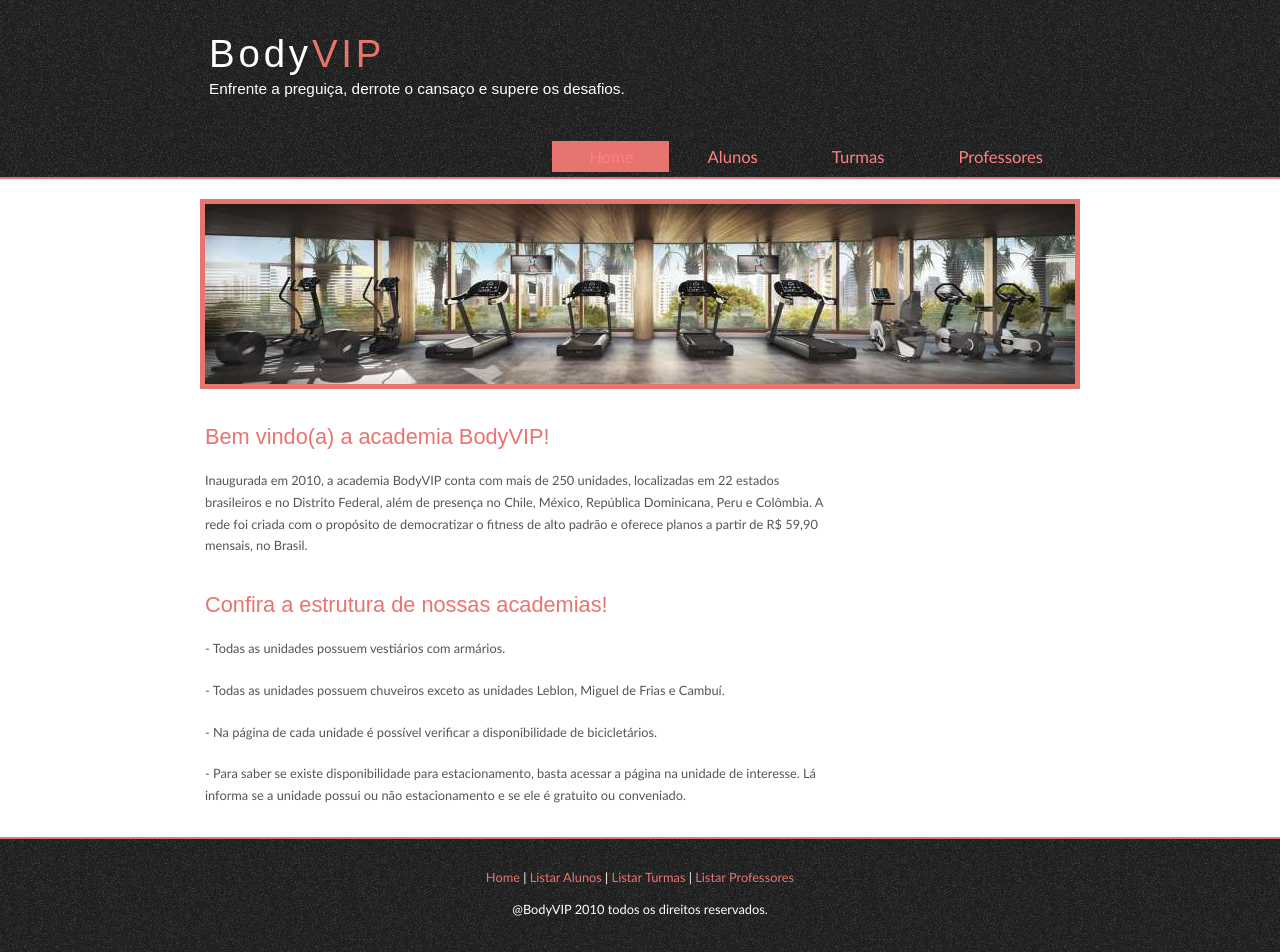
Repository: Thais-Ferreira/Projeto_bodyVIP
Page: http://localhost/BodyVIP/home.jsp
An editor plug-in stored every save of this project. The page is shown before and after the next save, followed by the edit.
The browser window is 1280 px wide. The pictures show the whole page.
The page is served by Tomcat 9.

Above is the page before, as saved 2017-06-21 19:27:01.

After the next save:
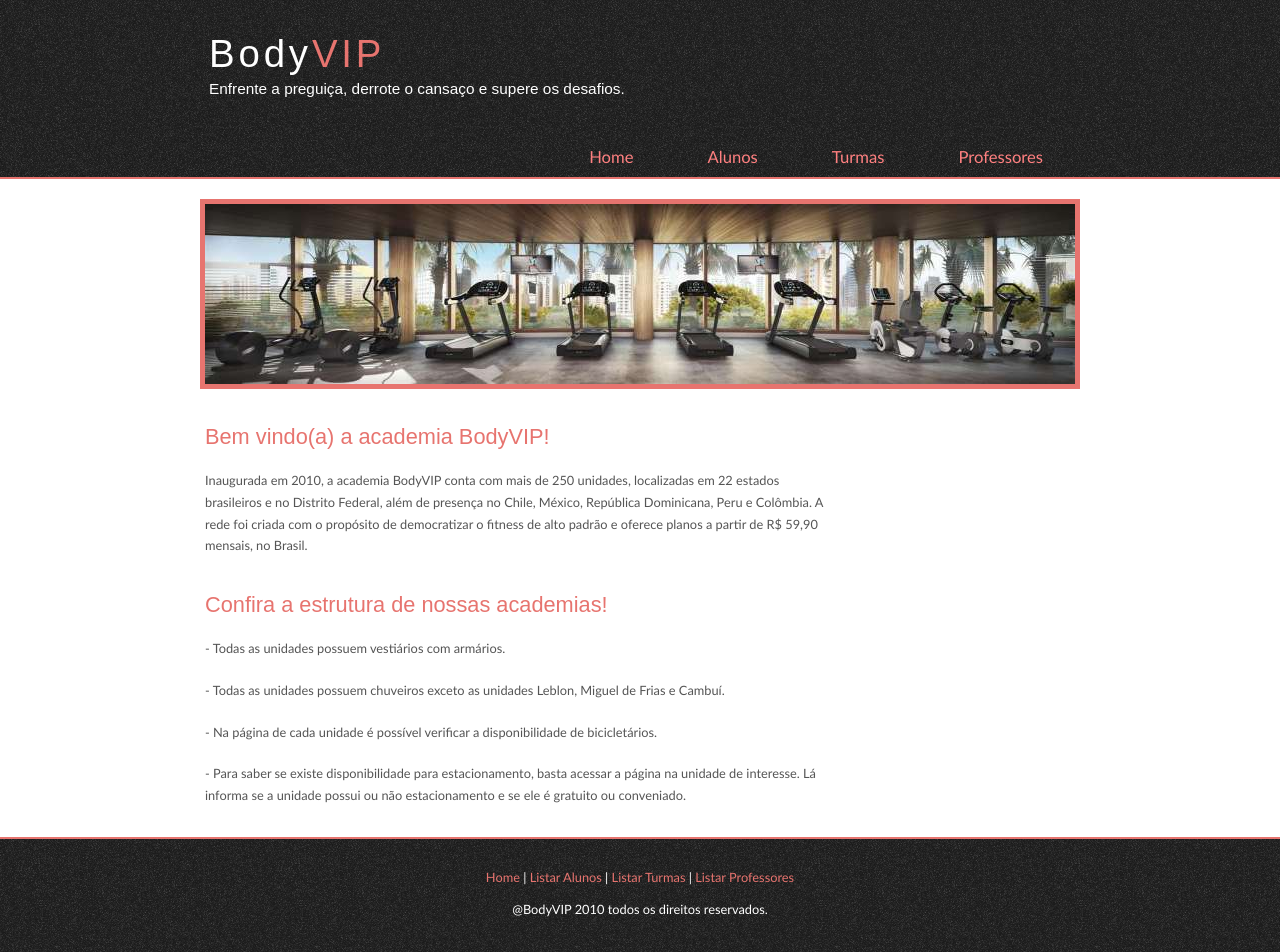
Saved 80 s later.
--- a/BodyVIP/WebContent/css/style.css
+++ b/BodyVIP/WebContent/css/style.css
@@ -395,7 +395,8 @@
 
 .menu li.selected
 { margin: 1px 2px 0 0;
-  background: #E7746F;}
+  background: transparent;
+  color: #FFF;}
 
 ul#menu li.selected a, ul#menu li.selected a:hover
 { background: #E7746F;

After the save that followed:
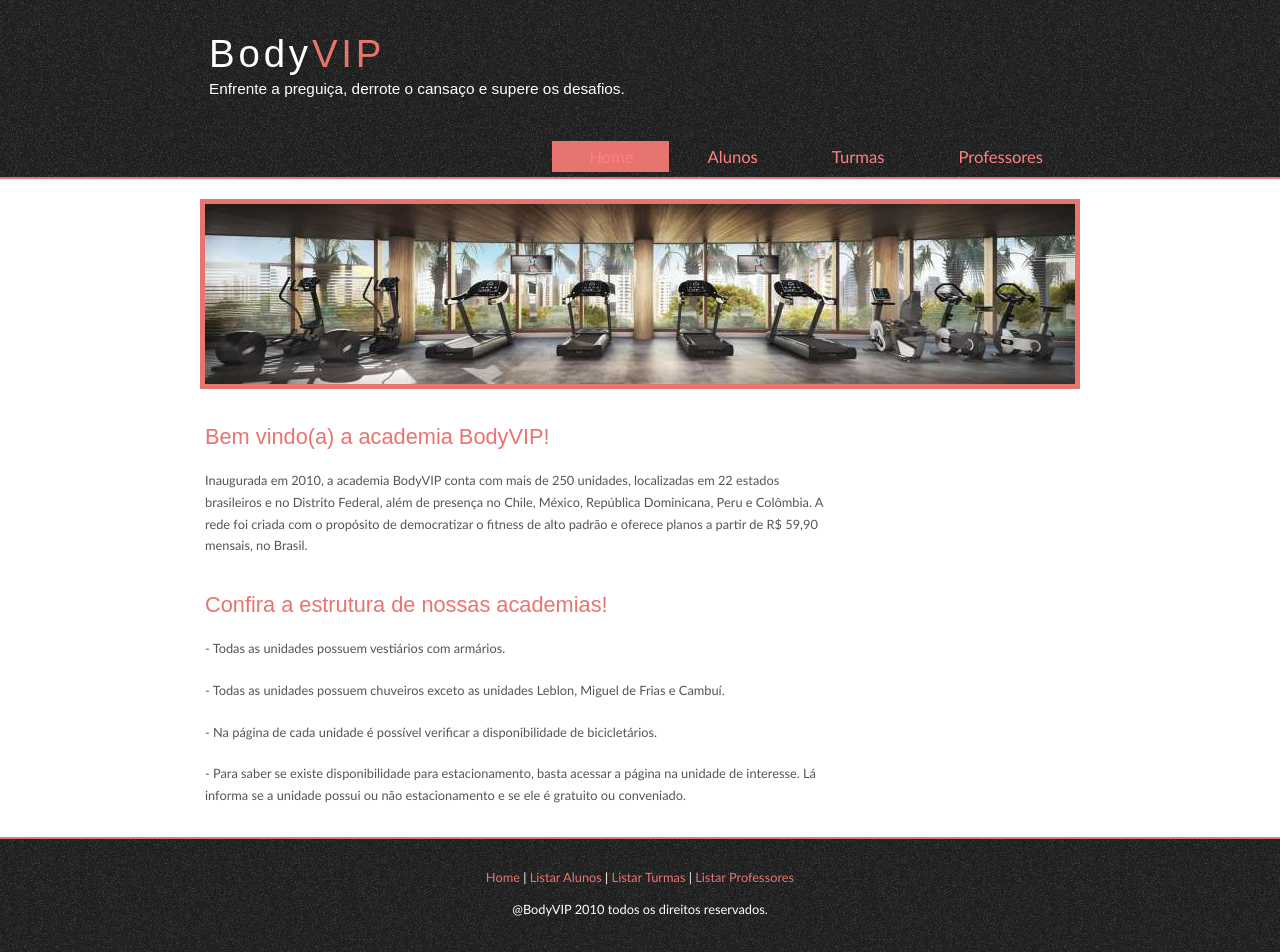
Saved 31 s later.
--- a/BodyVIP/WebContent/css/style.css
+++ b/BodyVIP/WebContent/css/style.css
@@ -395,8 +395,7 @@
 
 .menu li.selected
 { margin: 1px 2px 0 0;
-  background: transparent;
-  color: #FFF;}
+  background: #E7746F;}
 
 ul#menu li.selected a, ul#menu li.selected a:hover
 { background: #E7746F;
